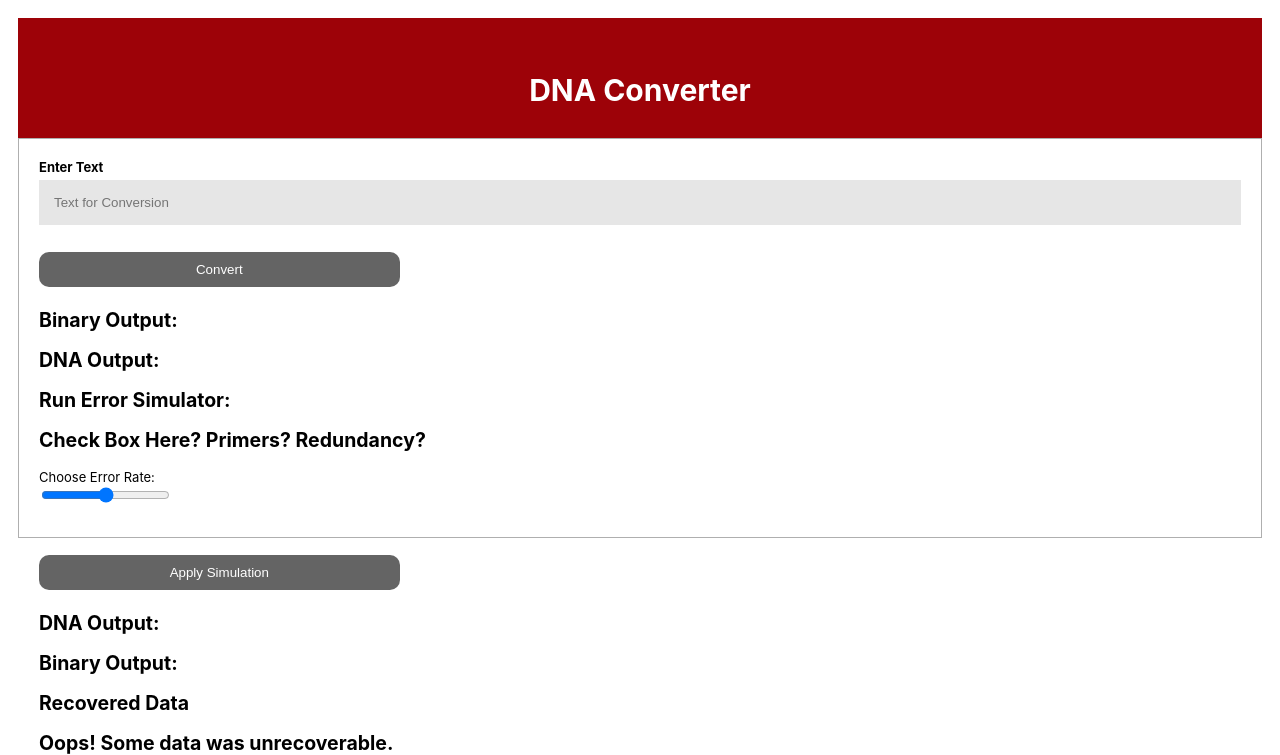
Repository: komalharjani/MSc-Thesis-DNA-Storage
Page: index.html
The author's editor kept a copy of each file at every save. The page is drawn from the files as they stood at one save, then again after the next save.
The browser window is 1280 px wide. The pictures show the whole page.

Above is the page before, as saved 2020-08-16 21:54:22.

After the next save:
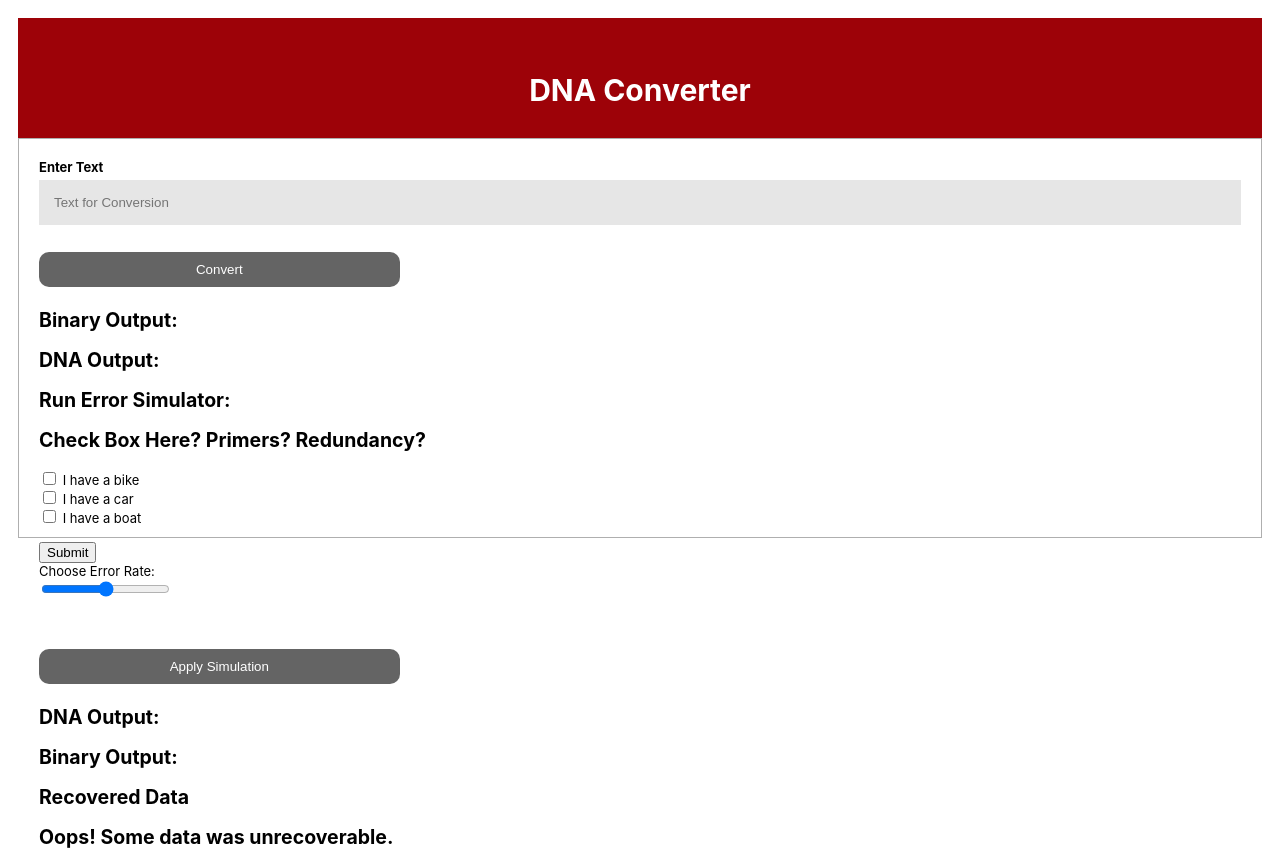
Saved 3 min 31 s later.
--- a/index.html
+++ b/index.html
@@ -20,6 +20,18 @@
             <h2>DNA Output:</h2>
             <h2>Run Error Simulator:</h2>
             <h2>Check Box Here? Primers? Redundancy?</h2>
+            <form action="/action_page.php">
+                <input type="checkbox" id="vehicle1" name="vehicle1" value="Bike">
+                <label for="vehicle1"> I have a bike</label><br>
+                <input type="checkbox" id="vehicle2" name="vehicle2" value="Car">
+                <label for="vehicle2"> I have a car</label><br>
+                <input type="checkbox" id="vehicle3" name="vehicle3" value="Boat">
+                <label for="vehicle3"> I have a boat</label><br><br>
+                <input type="submit" value="Submit">
+              </form>
+
+
+
             <label>Choose Error Rate:</label><br>
             <input type="range" name="rangeInput" min="0" max="10" onchange="updateTextInput(this.value);"><br>
             <input type="number" id="textInput" value="" class="range" max="10"><br>
